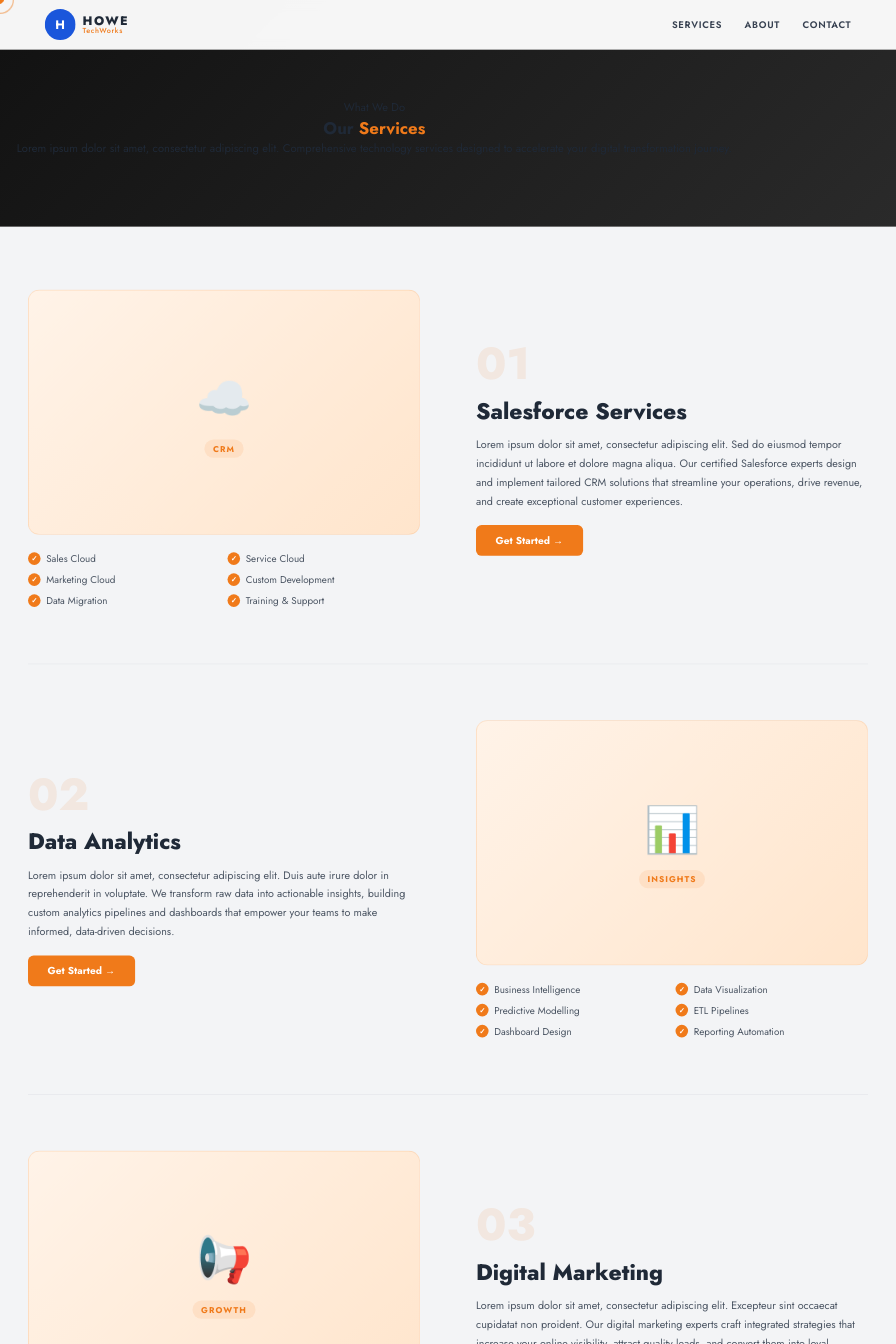
Repository: antria-martin/edgeshift_website
Page: /services
The author's editor kept a copy of each file at every save. The page is drawn from the files as they stood at one save, then again after the next save.
The browser window is 1280 px wide. The pictures show the part of the page from y = 0 to 1920 px (the page is 3460 px tall before and 3513 px after), at 70% of full size.
The project was rebuilt for these pictures with package versions that can differ from the ones it lists, and the page was loaded fresh each time. The framework's server and built-in components were replaced by stand-ins that run in the browser. Also part of the build but not shown: next.config.ts.

Above is the page before, as saved 2026-03-19 22:21:38.

After the next save:
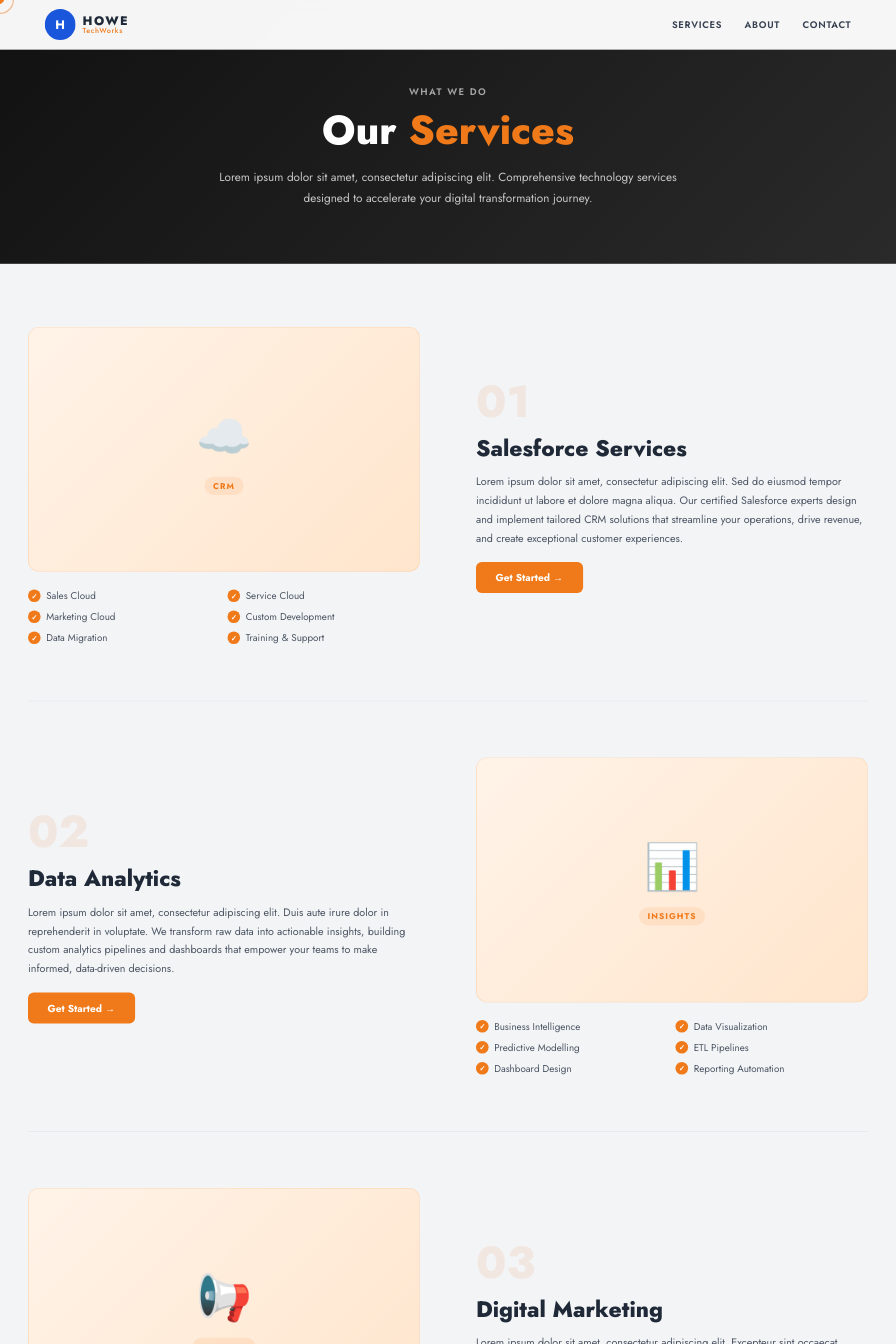
Saved 3 min 16 s later.
--- a/src/app/services/services.module.css
+++ b/src/app/services/services.module.css
@@ -9,6 +9,34 @@
 
 .heroTitle span {
   color: #f07a1a;
+}
+
+.heroInner {
+  max-width: 700px;
+  margin: 0 auto;
+}
+
+.eyebrow {
+  font-size: 0.85rem;
+  font-weight: 600;
+  letter-spacing: 2px;
+  color: rgba(255, 255, 255, 0.6);
+  text-transform: uppercase;
+  margin-bottom: 12px;
+}
+
+.heroTitle {
+  font-size: clamp(2.2rem, 5vw, 3.6rem);
+  font-weight: 800;
+  color: #fff;
+  margin-bottom: 20px;
+  line-height: 1.15;
+}
+
+.heroSub {
+  font-size: 1.05rem;
+  color: rgba(255, 255, 255, 0.75);
+  line-height: 1.75;
 }
 
 .section {
